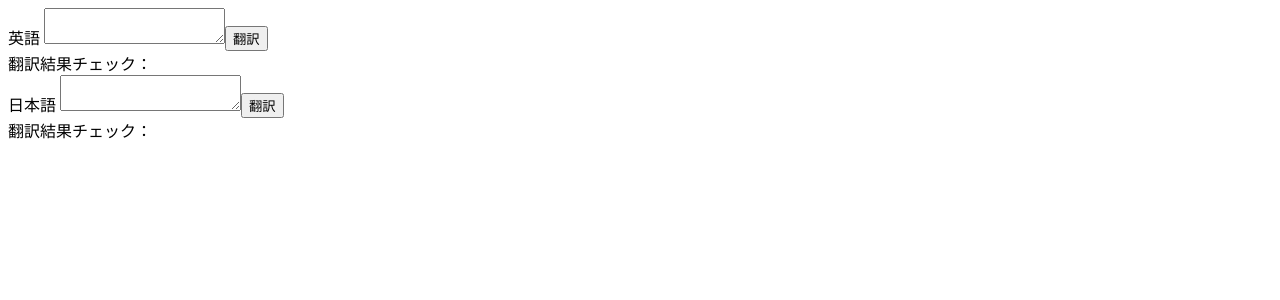
Repository: Reiya-1003/NuxtTS-Translate
Page: /
The author's editor kept a copy of each file at every save. The page is drawn from the files as they stood at one save, then again after the next save.
The browser window is 1280 px wide. The pictures show the whole page.
The project was rebuilt for these pictures with package versions that can differ from the ones it lists, and the page was loaded fresh each time. The framework's server and built-in components were replaced by stand-ins that run in the browser. Also part of the build but not shown: nuxt.config.js, components/item.vue. Imported but missing from the stored project, and not drawn on this page: plugins/firebase.

Above is the page before, as saved 2022-01-27 14:20:54.

After the next save:
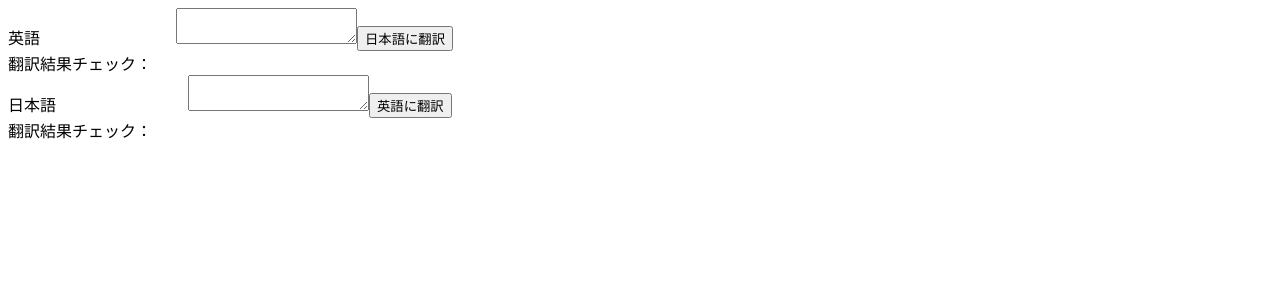
Saved 111 s later.
--- a/pages/index.vue
+++ b/pages/index.vue
@@ -1,23 +1,19 @@
 <template>
 　　　<div>
-     <div>
-     <form>英語
-       <textarea v-model="japan"></textarea>
-       <button type="button" @click="Enchange">翻訳</button>
-     </form>
-     <div>翻訳結果チェック：{{Enitems.text}}</div>
-
-
-     </div>
-     <div>
-     <form>日本語
-       <textarea v-model="english"></textarea>
-       <button type="button" @click="Jachange">翻訳</button>
-     </form>
-     <div>翻訳結果チェック：{{Jaitems.text}}</div>
-
-
-     </div>
+     　　　　<div>
+     　　　　　　<form>英語
+      　　　　　　　　 <textarea v-model="japan"></textarea>
+       　　　　　　　　<button type="button" @click="Enchange">日本語に翻訳</button>
+     　　　　　　</form>
+    　　　　　 <div>翻訳結果チェック：{{Enitems.text}}</div>
+     　　　 </div>
+    　　　　 <div>
+     　　　　　　<form>日本語
+       　　　　　　　　<textarea v-model="english"></textarea>
+       　　　　　　　　<button type="button" @click="Jachange">英語に翻訳</button>
+     　　　　　　</form>
+     　　　　　　　<div>翻訳結果チェック：{{Jaitems.text}}</div>
+     　　　　</div>
      </div>
 </template>
 
